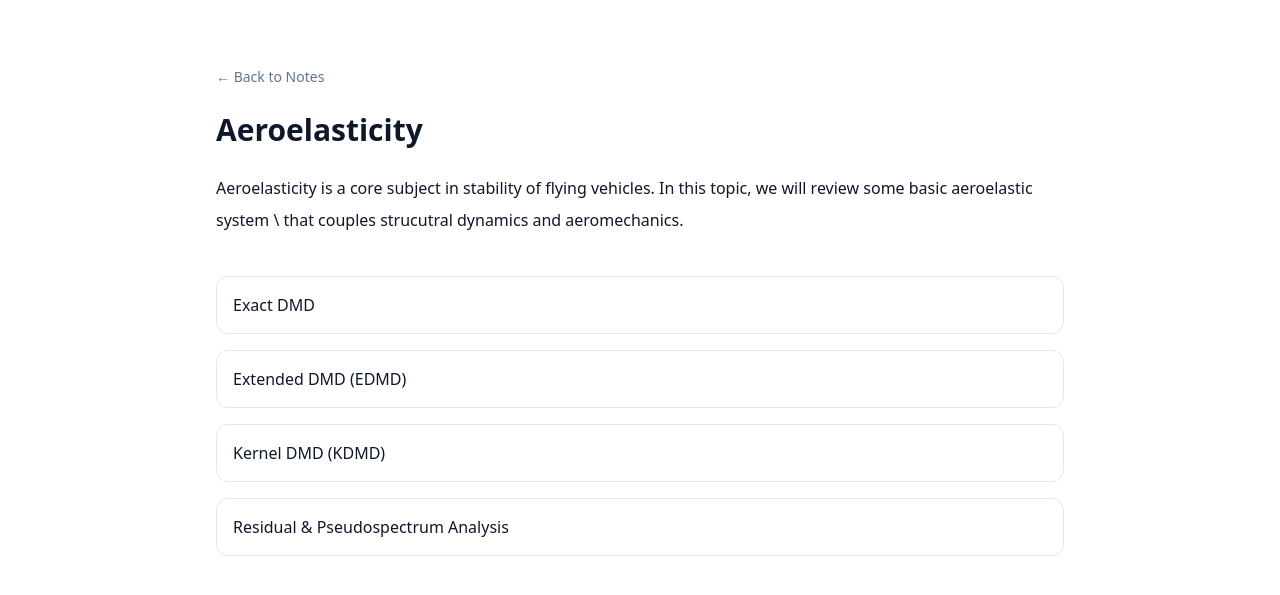
Repository: JWS625/JWS625.github.io
Page: notes/aeroelasticity/index.html
These files come from the project's save history. The page is drawn as it stood at one moment and after the next save; the edit follows.
The browser window is 1280 px wide. The pictures show the whole page.
Some web libraries are served in a nearby version.

Above is the page before, as saved 2026-02-20 17:30:57.

After the next save:
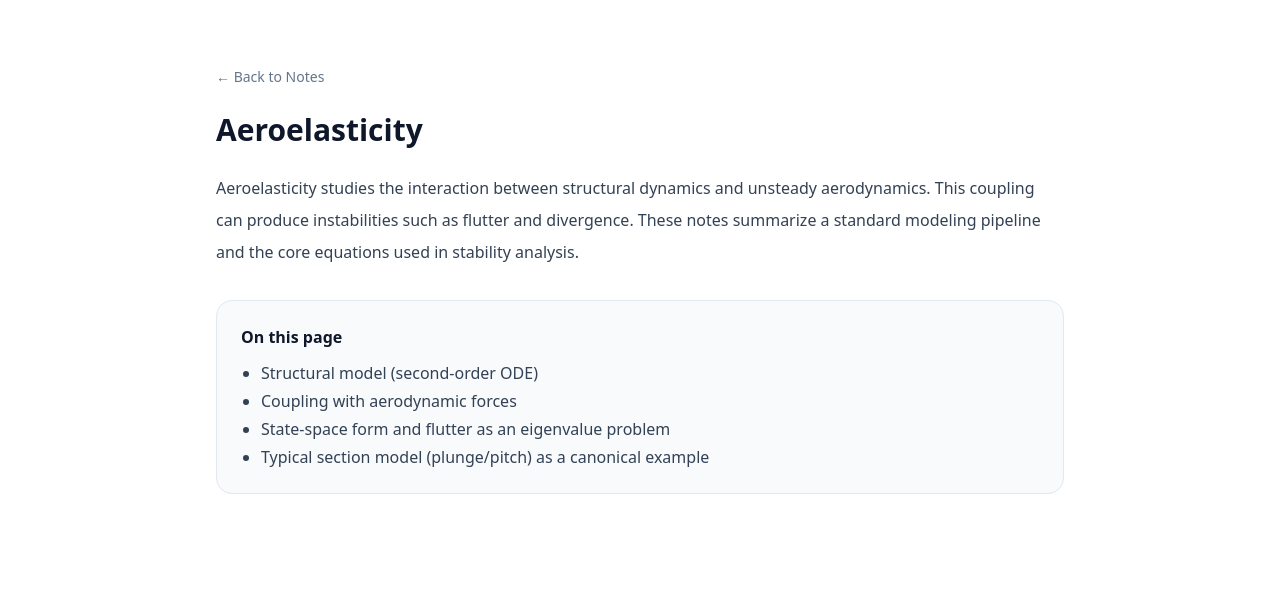
Saved 105 s later.
--- a/notes/aeroelasticity/index.html
+++ b/notes/aeroelasticity/index.html
@@ -18,41 +18,30 @@
 </head>
 
 <body class="bg-white text-slate-900">
-<div class="max-w-4xl mx-auto px-6 py-16">
+  <div class="max-w-4xl mx-auto px-6 py-16">
 
-<a href="../index.html" class="text-sm text-slate-500 hover:text-black">
-← Back to Notes
-</a>
+    <a href="../index.html" class="text-sm text-slate-500 hover:text-black">← Back to Notes</a>
 
-<h1 class="text-3xl font-semibold mt-6">
-Aeroelasticity
-</h1>
+    <h1 class="text-3xl font-semibold mt-6">Aeroelasticity</h1>
 
-<p class="mt-6 leading-8">
-Aeroelasticity is a core subject in stability of flying vehicles. In this topic, we will review some basic aeroelastic system \\
-that couples strucutral dynamics and aeromechanics.
-</p>
+    <p class="mt-6 leading-8 text-slate-700">
+      Aeroelasticity studies the interaction between <span class="font-medium">structural dynamics</span>
+      and <span class="font-medium">unsteady aerodynamics</span>. This coupling can produce instabilities
+      such as <span class="font-medium">flutter</span> and <span class="font-medium">divergence</span>.
+      These notes summarize a standard modeling pipeline and the core equations used in stability analysis.
+    </p>
 
-<div class="mt-10 space-y-4">
+    <!-- Quick outline -->
+    <div class="mt-8 rounded-2xl border border-slate-200 p-6 bg-slate-50">
+      <p class="font-semibold">On this page</p>
+      <ul class="mt-3 list-disc pl-5 text-slate-700 space-y-1">
+        <li>Structural model (second-order ODE)</li>
+        <li>Coupling with aerodynamic forces</li>
+        <li>State-space form and flutter as an eigenvalue problem</li>
+        <li>Typical section model (plunge/pitch) as a canonical example</li>
+      </ul>
+    </div>
 
-<a href="exact.html" class="block p-4 border rounded-xl hover:bg-slate-50">
-Exact DMD
-</a>
-
-<a href="edmd.html" class="block p-4 border rounded-xl hover:bg-slate-50">
-Extended DMD (EDMD)
-</a>
-
-<a href="kdmd.html" class="block p-4 border rounded-xl hover:bg-slate-50">
-Kernel DMD (KDMD)
-</a>
-
-<a href="residual.html" class="block p-4 border rounded-xl hover:bg-slate-50">
-Residual & Pseudospectrum Analysis
-</a>
-
-</div>
-
-</div>
+  </div>
 </body>
 </html>
